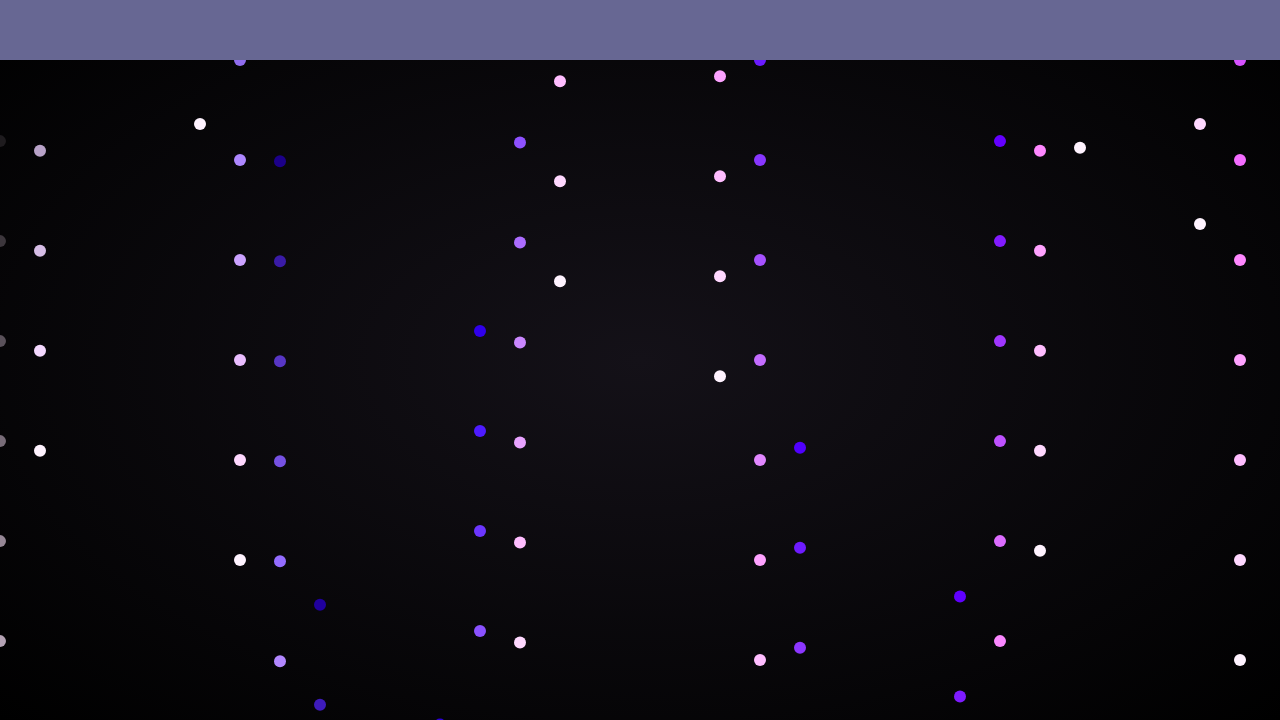
Repository: Iban-del/ProjetBacIban
Page: index.html
An editor plug-in stored every save of this project. The page is shown before and after the next save, followed by the edit.
The browser window is 1280 px wide. The pictures show the whole page.

Above is the page before, as saved 2025-02-19 18:57:28.

### index.html
<!DOCTYPE html>
<html lang="fr">
<head>
    <meta charset="UTF-8">
    <meta name="viewport" content="width=device-width, initial-scale=1.0">
    <link rel="icon" type="image/x-icon" href="./image/image.png">
    <link rel="stylesheet" href="./css/index.css">
    <title>Iban</title>
    <script src="./js/background.js" type="module"></script>
    <canvas id="canvas-background"></canvas>
</head>
<body>
    <nav class="navBar"></nav>

</body>
</html>

### css/index.css
html,body{
    margin: 0px;
    overflow-x: clip;
    display: flex;
}

.navBar{
    height: 60px;
    width: 100%;
    position: fixed;
    background-color: rgb(103, 103, 147);
    z-index: 1;
    display: flex;
    justify-content: end;
    align-items: center;
    color: white;
}

.background-canvas{
    overflow-x: clip;
    background:radial-gradient(rgb(50, 50, 71), rgb(0, 0, 0));
    z-index: 10;
    position: fixed;
}

### js/background.js
/**
 * création du fond du site
 */

//constante avec les couleur des composant
const darkColor ={
    backgrounds1:"#000",
    backgrounds2:"#141118",
};

//constante avec les couleur des composant
const lightColor ={
    backgrounds1:"#FDFCFE",
    backgrounds2:"#FAF8FD",
};


/**
 * fonction qui permet de géré le fond par default en cas d'érreur
 */
function defaultBackground(){

    const body = document.querySelector("body");

    if(body instanceof HTMLBodyElement){
        body.style.backgroundColor = darkColor.backgrounds2;
    }

}


/**
 * cette fonction permet d'attribué le style au canvas
 */
function canvasStyle(canvas){

    if(canvas instanceof HTMLCanvasElement){

        canvas.height = window.innerHeight;
        canvas.width = window.innerWidth;
        canvas.style.background = "radial-gradient("+darkColor.backgrounds2+","+darkColor.backgrounds1+")";

        return;
    }

    throw new Error("Canvas n'est pas de type HTMLCanvasElement ");

}

/**
 * fonction de création d'une vague
 */
function vague(x,A){

    const lambda = 0.002;//longueur d'onde
    const k = lambda*2*Math.PI; //nombre oscilation
    const phi = 3;//décalage
    return A*Math.sin(k*x+phi);
}


/**
 * affichage de la vague
 * @param CanvasRenderingContext2D  ctx
 */
function drawVague(ctx,canvas,A){

    if(ctx instanceof CanvasRenderingContext2D){
        ctx.clearRect(0,0,canvas.width,canvas.height)
        let color =0;
        for(let t = -100;t < window.innerHeight+100;t+= 100){

            for(let i = 0 ;i < window.innerWidth;i+=40){
                let x = i
                let y = vague(x,A)+(t)+(x*0.1);
                ctx.beginPath();
                ctx.fillStyle=`rgb(${color+(i*.1)},${color*0.9},${color+(i*.49)})`;
                ctx.arc(x,y,6,0,Math.PI*2,true)
                ctx.fill();
            }
            color+=30;
        }

        requestAnimationFrame(drawVague(ctx,canvas,A+steep));


    }


}

/**
 * fonction pour annimer le fond
 */
function animateBackground(ctx,canvas,A){

    let steep = 1;
    drawVague(ctx,canvas,A)

    if(A > 900){

        steep =1;

    }else if(A < 10){
        steep =-1;
    }


}


/**
 * fonction d'initialisation du fond
 */
function init(){
    //récupération des élémentcanvas
    const canvas = document.querySelector("canvas");

    if(canvas instanceof HTMLCanvasElement){

        const ctx = canvas.getContext('2d');

        canvasStyle(canvas);
        animateBackground(ctx,canvas,1000)

    }
}

try{

    init()

}catch(error){

    console.log(error)
    defaultBackground()
}

After the next save:
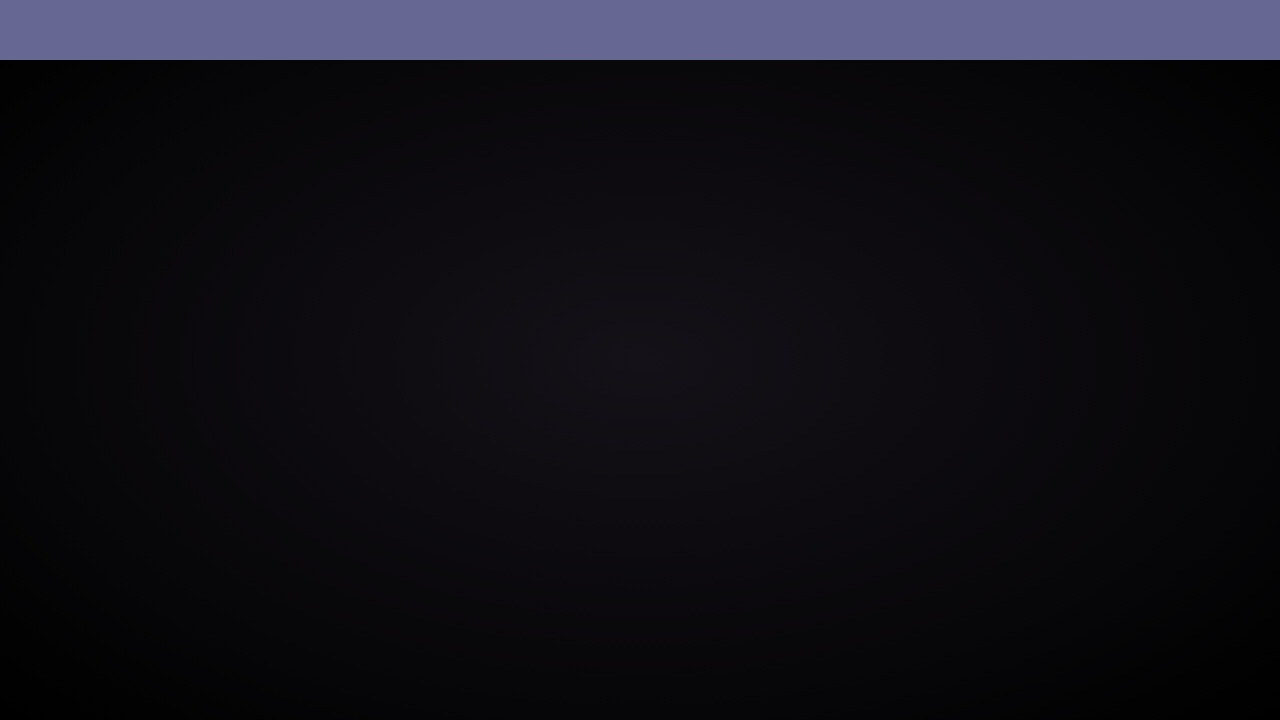
Saved 26 s later.
--- a/js/background.js
+++ b/js/background.js
@@ -63,7 +63,7 @@ function vague(x,A){
  * affichage de la vague
  * @param CanvasRenderingContext2D  ctx
  */
-function drawVague(ctx,canvas,A){
+function drawVague(ctx,canvas,A,steep){
 
     if(ctx instanceof CanvasRenderingContext2D){
         ctx.clearRect(0,0,canvas.width,canvas.height)
@@ -105,7 +105,7 @@ function animateBackground(ctx,canvas,A){
         steep =-1;
     }
 
-
+    drawVague(ctx,canvas,A+steep,steep)
 }
 
 
